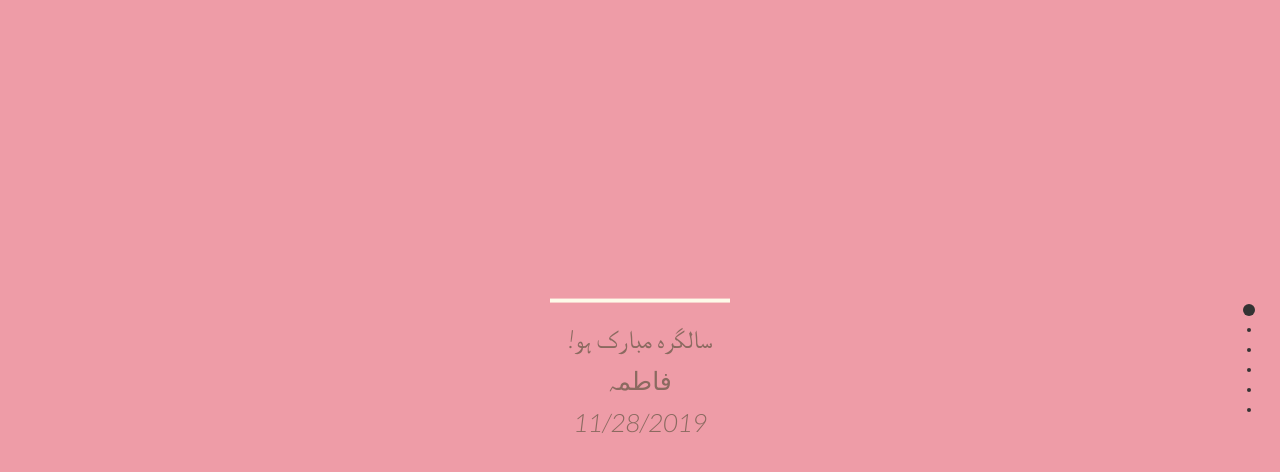
Repository: blackhat97/Fatima-Birthday
Page: index.html
These files come from the project's save history. The page is drawn as it stood at one moment and after the next save; the edit follows.
The browser window is 1280 px wide. The pictures show the whole page.
Some web fonts or font styles are not loaded; a fallback is used.

Above is the page before, as saved 2019-11-19 09:28:45.

After the next save:
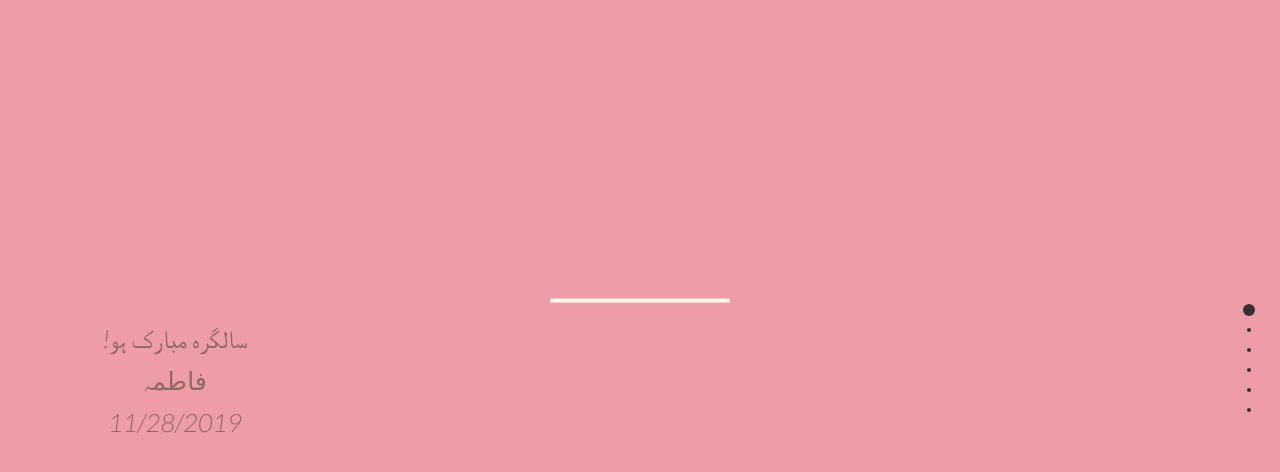
Saved 33 s later.
--- a/css/style.css
+++ b/css/style.css
@@ -215,8 +215,5 @@
 .text h1 {
   font-size: 1.4em;
   margin-bottom: 10px;
-}
-
-.text div {
-  width: 300px;
-}
+  width: 350px;
+}

After the 3 saves that followed:
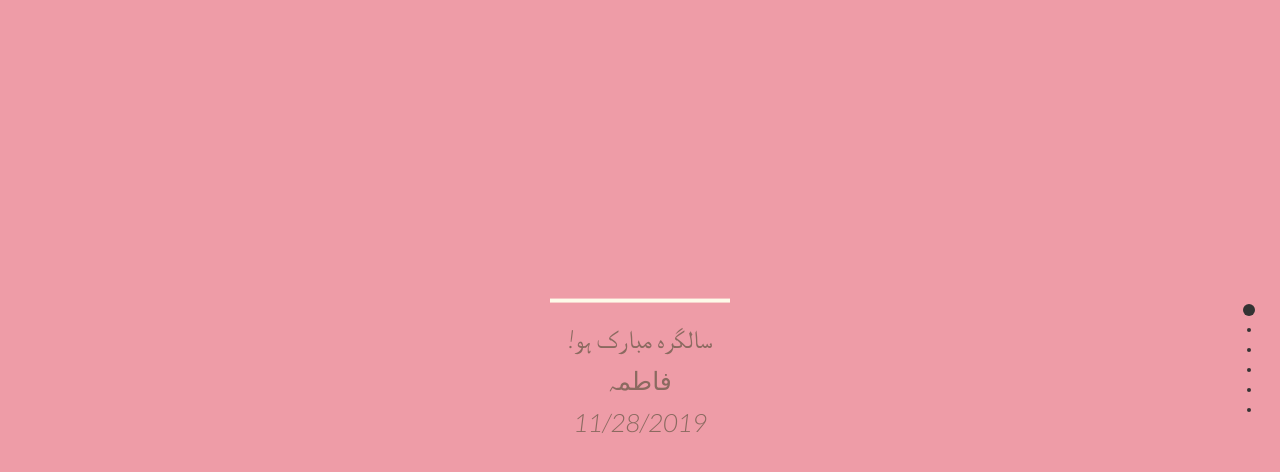
The 3 saves are shown as one change because 2 left the picture as it was.
The last was saved 42 s later.
--- a/css/style.css
+++ b/css/style.css
@@ -215,5 +215,4 @@
 .text h1 {
   font-size: 1.4em;
   margin-bottom: 10px;
-  width: 350px;
-}
+}
